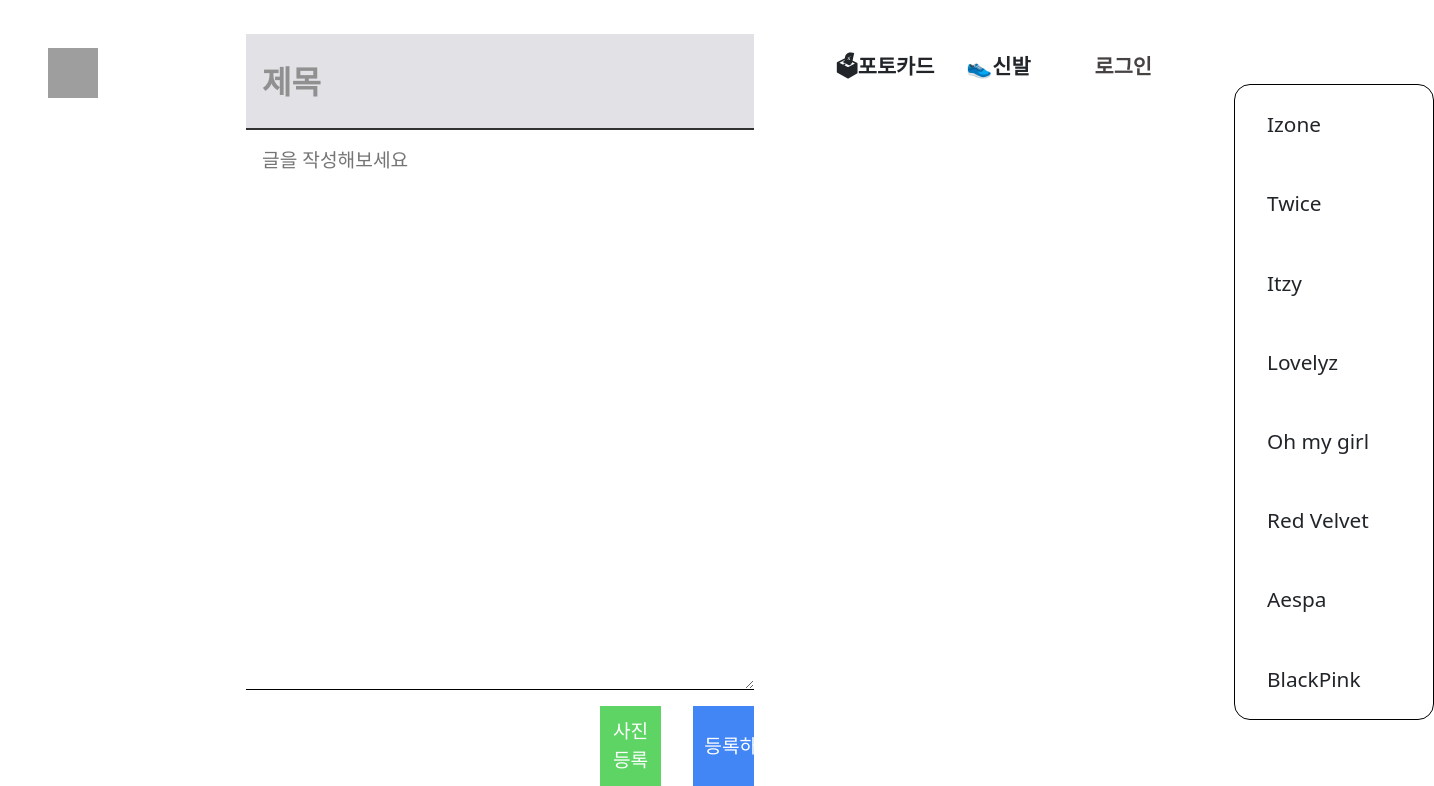
Repository: hwangstar156/goods-trader
Page: /write
An editor plug-in stored every save of this project. The page is shown before and after the next save, followed by the edit.
The browser window is 1280 px wide. The page is 1434 px wide, then 1378 px, then 1434 px, so the pictures cover 1434 px, including what lies to the right of the window. The pictures show the whole page.
Pictures or frames that could not be fetched are drawn as grey boxes. Some web libraries are served in a nearby version. The project was rebuilt for these pictures with package versions that can differ from the ones it lists, and the page was loaded fresh each time. Also part of the build but not shown: src/App.css, src/component/sign-up/sign-up.component.jsx, src/component/sign-in/sign-in.styles.scss, src/component/sign-in/sign-in.component.jsx, src/component/with-spinner/withSpinner.styles.scss, src/component/with-spinner/withSpinner.component.jsx, src/pages/userprofile/userprofile.styles.scss, src/pages/userprofile/userprofile.utils.js and 8 more.

Above is the page before, as saved 2021-09-05 17:05:22.

### public/index.html
<!DOCTYPE html>
<html lang="en">
  <head>
    <meta charset="utf-8" />
    <link rel="icon" href="%PUBLIC_URL%/favicon.ico" />
    <meta name="viewport" content="width=device-width, initial-scale=1" />
    <meta name="theme-color" content="#000000" />
    <meta
      name="description"
      content="Web site created using create-react-app"
    />
    <link rel="apple-touch-icon" href="%PUBLIC_URL%/logo192.png" />

    <link rel="manifest" href="%PUBLIC_URL%/manifest.json" />
    <script src="https://kit.fontawesome.com/08c91e1c0e.js" crossorigin="anonymous"></script>
    <title>Goods trader</title>
  </head>
  <body>
    <div id="root"></div>
  </body>
</html>

### src/index.js
import React from "react";
import ReactDOM from "react-dom";
import "./index.css";
import App from "./App";
import reportWebVitals from "./reportWebVitals";
import { BrowserRouter } from "react-router-dom";
import { PersistGate } from "redux-persist/integration/react";
import { store, persistor } from "./redux/store";
import { Provider } from "react-redux";
import "bootstrap/dist/css/bootstrap.min.css";
ReactDOM.render(
  <Provider store={store}>
    <BrowserRouter>
      <PersistGate persistor={persistor}>
        <App />
      </PersistGate>
    </BrowserRouter>
  </Provider>,

  document.getElementById("root")
);

// If you want to start measuring performance in your app, pass a function
// to log results (for example: reportWebVitals(console.log))
// or send to an analytics endpoint. Learn more: https://bit.ly/CRA-vitals
reportWebVitals();

### src/App.js
import "./App.css";
import { Switch, Route, Redirect } from "react-router-dom";
import SignUpPage from "./component/sign-up/sign-up.component";
import SignInPage from "./component/sign-in/sign-in.component";
import UserProfileContainer from "./pages/userprofile/userprofile.container";
import React, { useEffect } from "react";
import Header from "./component/header/header.component";
import HomePage from "./pages/homepage.component";
import { useDispatch, useSelector } from "react-redux";
import { selectCurrentUser } from "./redux/user/user.selector";
import { checkUserSession } from "./redux/user/user.action";
import WritePage from "./pages/write/write.pages";
const App = () => {
  const currentUser = useSelector(selectCurrentUser);
  const dispatch = useDispatch();

  useEffect(() => {
    dispatch(checkUserSession());
  }, [dispatch]);
  return (
    <>
      <Header />
      <Switch>
        <Route exact path="/" render={() => <HomePage />} />
        <Route exact path="/signup" component={SignUpPage} />
        <Route
          exact
          path="/signin"
          render={() => (currentUser ? <Redirect to="/" /> : <SignInPage />)}
        />
        <Route exact path="/profile" component={UserProfileContainer}></Route>
        <Route exact path="/write" component={WritePage}></Route>
      </Switch>
    </>
  );
};

export default App;

### src/redux/store.js
import { createStore, applyMiddleware } from "redux";
import logger from "redux-logger";
import { persistStore } from "redux-persist";
import rootReducer from "./root-redux";
import { composeWithDevTools } from "redux-devtools-extension";
import createSagaMiddleware from "redux-saga";
import rootSaga from "./root-saga";

const sagaMiddleware = createSagaMiddleware();
const middlewares = [logger, sagaMiddleware];

const store = createStore(
  rootReducer,
  composeWithDevTools(applyMiddleware(...middlewares))
);
sagaMiddleware.run(rootSaga);
const persistor = persistStore(store);

export { store, persistor };

### src/pages/userprofile/userprofile.container.jsx
import WithSpinner from "../../component/with-spinner/withSpinner.component";
import UserProfilePage from "./userprofile.pages";
import { compose } from "redux";
import { connect } from "react-redux";
import { createStructuredSelector } from "reselect";
import { selectUserFetching } from "../../redux/user/user.selector";

const mapStateToProps = createStructuredSelector({
  isLoading: selectUserFetching,
});

const UserProfileContainer = compose(
  connect(mapStateToProps),
  WithSpinner
)(UserProfilePage);

export default UserProfileContainer;

### src/component/header/header.component.jsx
import React from "react";
import ProfileIcon from "../userprofile/profileicon.component";
import { Link, useHistory } from "react-router-dom";
import "./header.styles.scss";
import { useSelector } from "react-redux";
import {
  selectCurrentUser,
  selectUserLoggedIn,
} from "../../redux/user/user.selector";

const Header = () => {
  const currentUser = useSelector(selectCurrentUser);
  const isLoggedIn = useSelector(selectUserLoggedIn);
  const history = useHistory();
  const handleLogoClick = () => {
    history.push("/");
  };

  return (
    <>
      <div className="header-container">
        <div className="logo" onClick={handleLogoClick}>
          <img
            src="https://www.freepnglogos.com/uploads/logo-website-png/logo-website-file-globe-icon-svg-wikimedia-commons-21.png"
            alt=""
            className="logo-img"
          />
        </div>
        <div className="header-element">
          {isLoggedIn ? (
            <Link className="header-write" to="/write">
              📝글쓰기
            </Link>
          ) : null}

          <div className="header-photocard">🗳포토카드</div>
          <div className="header-sneakers">👟신발</div>
          {currentUser ? (
            <ProfileIcon />
          ) : (
            <Link to="/signin" className="sign-in-btn">
              로그인
            </Link>
          )}
        </div>
      </div>
    </>
  );
};

export default Header;

### src/redux/user/user.selector.js
import { createSelector } from "reselect";

const selectUser = (state) => state.user;

export const selectCurrentUser = createSelector(
  [selectUser],
  (user) => user.currentUser
);

export const selectUserError = createSelector(
  [selectUser],
  (user) => user.error
);

export const selectUserFetching = createSelector(
  [selectUser],
  (user) => user.isFetching
);

export const selectUserLoggedIn = createSelector(
  [selectUser],
  (user) => user.isLoggedIn
);

### src/pages/write/write.pages.jsx
import React from "react";
import { useState } from "react";
import { useSelector } from "react-redux";
import { firestore, storageRef } from "../../firebase/firebase.utils";
import { selectCurrentUser } from "../../redux/user/user.selector";
import { v4 as uuidv4 } from "uuid";
import { useRef } from "react";
import MenuAside from "../../component/menu-aside/menu-aside.component";
import "github-markdown-css";
import "./write.styles.scss";
const WritePage = () => {
  const imgRef = useRef(null);
  const currentUser = useSelector(selectCurrentUser);
  const [text, setText] = useState({
    headText: "",
    mainText: "",
  });
  const [file, setFile] = useState("");
  const { headText, mainText } = text;

  const onSubmit = async (e) => {
    e.preventDefault();
    let fileUrl = "";
    const fileRef = storageRef.child(`${currentUser.id}/${uuidv4()}`);
    const responce = await fileRef.put(file);
    console.log(responce);
    responce.ref.getDownloadURL().then((url) => {
      fileUrl = url;
      imgRef.current.src = url;
    });

    const writing = {
      headText,
      mainText,
      createAt: Date.now(),
      fileUrl,
    };
    firestore.collection("writings").add(writing);
    setFile("");
    setText({
      ...text,
      headText: "",
      mainText: "",
    });
  };

  const onChangeTextInput = (e) => {
    const name = e.target.name;
    setText({
      ...text,
      [name]: e.target.value,
    });
  };

  const onChangeFiles = (e) => {
    const theFile = e.target.files[0];
    if (!theFile) {
      return;
    }
    if (!theFile.type.match(/image.*/)) {
      return;
    }
    setFile(theFile);
  };

  return (
    <div className="write-container">
      <form onSubmit={onSubmit} className="inputs-form">
        <input
          type="text"
          name="headText"
          className="head-input"
          value={headText}
          placeholder="제목"
          onChange={onChangeTextInput}
        />
        <textarea
          type="text"
          placeholder="글을 작성해보세요"
          className="main-input"
          name="mainText"
          value={mainText}
          onChange={onChangeTextInput}
        />
        <input
          type="file"
          accept="image/*"
          onChange={onChangeFiles}
          className="file-input"
        />
        <footer className="footer-element">
          <button type="button" className="file-btn">
            사진 등록
          </button>
          <input type="submit" className="submit-btn" value="등록하기" />
        </footer>
      </form>
      <MenuAside className="menu-aside" />
      <div className="image-preview">
        <img src="" alt="" ref={imgRef} />
      </div>
    </div>
  );
};

export default WritePage;

### src/redux/root-redux.js
import { combineReducers } from "redux";
import { persistReducer } from "redux-persist";
import storage from "redux-persist/lib/storage";
import idolReducer from "./idol/idol.reducer";
import userReducer from "./user/user.reducer";
const persistConfig = {
  key: "root",
  storage,
  whitelist: ["cart"],
};

const rootReducer = combineReducers({
  user: userReducer,
  idol: idolReducer,
});

export default persistReducer(persistConfig, rootReducer);

### src/redux/root-saga.js
import { all, call } from "redux-saga/effects";
import { userSagas } from "./user/user.saga";
export default function* rootSaga() {
  yield all([call(userSagas)]);
}

### src/component/sign-up/sign-up.styles.scss
@import url("https://fonts.googleapis.com/css2?family=Poppins&display=swap");
@import url("https://fonts.googleapis.com/css2?family=Jua&display=swap");

* {
  box-sizing: content-box;
  margin: 0;
}
.sign-up-page {
  width: 100%;
  height: 100vh;
  font-family: "Jua", sans-serif;
  & .form-input {
    display: flex;
    flex-direction: column;
    width: 35%;
    justify-content: center;
    margin: 0 auto;
    margin-top: 4rem;
    background-color: skyblue;
    padding: 3rem;
    border-radius: 1rem;

    & h3 {
      font-size: 2rem;
      text-align: center;
      color: black;
    }

    & .sign-up-input {
      margin-top: 2rem;
      height: 3rem;
      background-color: lightgray;
      border: 1px solid black;
      border-radius: 0.5rem;
      font-size: 1rem;
      letter-spacing: 0.1rem;
      padding-left: 1rem;
      &::placeholder {
        letter-spacing: normal;
        font-size: 80%;
        opacity: 1;
      }
    }
  }

  & .sign-up-title {
    display: flex;
    font-style: italic;
    padding-top: 3rem;
    font-size: 3em;

    color: tomato;
    justify-content: center;

    & strong {
      color: blue;
    }
  }

  & .submit-btn {
    width: 20%;
    margin: 4rem auto 0 auto;
    padding: 1rem;
    border-radius: 1.5rem;
    border: transparent;
    background-color: #4285f4;
    color: white;
    font-size: 1rem;

    &:hover {
      cursor: pointer;
      background-color: #357ae8;
    }
  }
}

### src/component/header/header.styles.scss
@import url("https://fonts.googleapis.com/css2?family=Jua&display=swap");

.header-container {
  display: flex;
  position: relative;
  left: 3rem;
  top: 3rem;
  & .logo-img {
    width: 50px;
    height: 50px;
    cursor: pointer;
  }

  & .header-element {
    display: flex;
    position: absolute;
    right: 11rem;
    font-size: 1.3rem;
    line-height: 40px;
    font-weight: 600;
    font-family: "Jua", sans-serif;

    & .header-write {
      text-decoration: none;
      color: rgb(71, 66, 66);
    }

    & .sign-in-btn {
      text-decoration: none;
      color: rgb(71, 66, 66);
    }
    & .header-write {
      margin-right: 2rem;
    }

    & .header-photocard {
      margin-right: 2rem;
    }

    & .header-sneakers {
      margin-right: 4rem;
    }
  }
}

### src/redux/user/user.types.js
export const UserActionTypes = {
  GOOGLE_SIGN_IN_START: "GOOGLE_SIGN_IN_START",
  EMAIL_SIGN_IN_START: "EMAIL_SIGN_IN_START",
  SIGN_IN_SUCCESS: "SIGN_IN_SUCCESS",
  SIGN_IN_FAILURE: "SIGN_IN_FAILURE",
  CHECK_USER_SESSION: "CHECK_USER_SESSION",
  SIGN_OUT_START: "SIGN_OUT_START",
  SIGN_OUT_SUCCESS: "SIGN_OUT_SUCCESS",
  SIGN_OUT_FAILURE: "SIGN_OUT_FAILURE",
  SIGN_UP_START: "SIGN_UP_START",
  SIGN_UP_SUCCESS: "SIGN_UP_SUCCESS",
  SIGN_UP_FAILURE: "SIGN_UP_FAILURE",
  CHANGE_USER_IMAGE: "CHANGE_USER_IMAGE",
  REFRESH_USER_START: "REFRESH_USER_START",
  REFRESH_USER_SUCCESS: "REFRESH_USER_REFRESH_USER_SUCCESS",
  REFRESH_USER_FAILURE: "REFRESH_USER_FAILURE",
};

### src/component/menu-aside/menu-aside.component.jsx
import React from "react";
import "./menu-aside.styles.scss";
const MenuAside = () => {
  return (
    <aside>
      <ul className="menu-aside">
        <li>Izone</li>
        <li>Twice</li>
        <li>Itzy</li>
        <li>Lovelyz</li>
        <li>Oh my girl</li>
        <li>Red Velvet</li>
        <li>Aespa</li>
        <li>BlackPink</li>
      </ul>
    </aside>
  );
};

export default MenuAside;

### src/pages/write/write.styles.scss
.write-container {
  height: 100vh;
  display: flex;
  justify-content: center;
  align-items: center;



  & .inputs-form {
    display: flex;
    flex-direction: column;
    margin-left: 25rem;
    margin-right: 25rem;
    width: 900px;
    & .head-input {
      height: 6rem;
      border: none;
      border-bottom: 2px solid black;
      background-color: rgb(218, 218, 224);
      opacity: 0.8;
      padding-left: 1rem;
      font-weight: 600;
      font-size: 2rem;
      &:focus {
        outline: none;
      }
    }

    & .main-input {
      border: none;
      border-bottom: 1px solid black;
      height: 35rem;
      padding: 1rem 0 0 1rem;
      font-size: 1.2rem;
      &:focus {
        outline: none;
      }
    }

     & .file-input{
         display: none;
     }
    & .footer-element{
        display: flex;
        & .file-btn{
            width: 12%;
            padding: 0.7rem;
            margin-left: auto;
            margin-top: 1rem;
            margin-right: 2rem;
            color: white;
            border: none;
            font-size: 1.2rem;
            background-color: #5ed464;
            &:hover{
                background-color: #45be4b;
            }
        }
        & .submit-btn{
            width: 12%;
            padding: 0.7rem;
            margin-top: 1rem;
            color: white;
            border: none;
            font-size: 1.2rem;
            background-color: #4285f4;
            &:hover{
                background-color: #357ae8;
            }
        }
    }
  }
}

### src/redux/idol/idol.reducer.js
import idolData from "./idol.data";
import IdolTypeActions from "./idol.type";
const idolReducer = (state = idolData, action) => {
  switch (action.type) {
    case IdolTypeActions.CHANGE_IMAGE_SIZE:
      return {
        ...state,
        imageUrl: action.payload,
      };
    default:
      return state;
  }
};

export default idolReducer;

### src/redux/user/user.reducer.js
import { UserActionTypes } from "./user.types";

const INITIAL_STATE = {
  currentUser: null,
  error: null,
  isFetching: true,
  isLoggedIn: false,
};

const userReducer = (state = INITIAL_STATE, action) => {
  switch (action.type) {
    case UserActionTypes.REFRESH_USER_START:
    case UserActionTypes.CHECK_USER_SESSION:
      return {
        ...state,
        isFetching: true,
      };
    case UserActionTypes.REFRESH_USER_SUCCESS:
    case UserActionTypes.SIGN_IN_SUCCESS:
      return {
        ...state,
        currentUser: action.payload,
        error: null,
        isFetching: false,
        isLoggedIn: true,
      };
    case UserActionTypes.SIGN_OUT_SUCCESS:
      return {
        ...state,
        currentUser: null,
        error: null,
        isLoggedIn: false,
      };
    case UserActionTypes.REFRESH_USER_FAILURE:
    case UserActionTypes.SIGN_IN_FAILURE:
    case UserActionTypes.SIGN_OUT_FAILURE:
    case UserActionTypes.SIGN_UP_FAILURE:
      return {
        ...state,
        error: action.payload,
      };
    default:
      return state;
  }
};

export default userReducer;

### src/component/menu-aside/menu-aside.styles.scss
.menu-aside {
    list-style: none;
    min-width: 200px;
    margin-left: 5rem;
    border-radius: 1rem;
    border: 1px solid black;
    padding-left: 0;

    & li {
        margin-left: 0;
      padding: 1.5rem 0 1.5rem 2rem;
      font-size: 1.3rem;
      border-radius: 1rem;
      &:hover{
          background-color: rgb(169, 169, 255);
          color: white;
        cursor:pointer;
      }
    }
  }

### src/redux/idol/idol.type.js
const IdolTypeActions = {
  CHANGE_IMAGE_SIZE: "CHANGE_IMAGE_SIZE",
};

export default IdolTypeActions;

### src/menu-item/menu-item.styles.scss
* {
  box-sizing: content-box;
  margin: 0;
}

.menu-item {
  overflow: hidden;
  min-width: 30%;
  &:hover {
    cursor: pointer;

    & .background-image {
      transform: scale(1.04);
      transition: transform 2s cubic-bezier(0.25, 0.45, 0.45, 0.95);

      & .content {
        opacity: 0.9;
      }
    }
  }
  & .background-image {
    position: relative;
    height: 700px;

    background-size: cover;
    background-repeat: no-repeat;
    background-position: center;

    & .content {
      position: absolute;
      width: 7.5rem;
      height: 7.5rem;
      display: flex;
      flex-direction: column;
      align-items: center;
      justify-content: center;
      border: 1px solid black;
      top: 50%;
      left: 50%;
      background-color: white;
      opacity: 0.7;
      transform: translate(-50%, -50%);
      border-radius: 0.5rem;
      & .title {
        font-weight: bold;
        margin: 0 3px 0;
        font-size: 20px;
        color: #4a4a4a;
        font-family: sans-serif;
      }
    }
  }
}

Loaded but not shown: src/index.css (common file); src/reportWebVitals.js (common file); src/redux/user/user.saga.js (119 lines, source omitted); src/firebase/firebase.utils.js (87 lines, source omitted); src/redux/user/user.action.js (66 lines, source omitted); src/redux/idol/idol.data.js (58 lines, source omitted)

After the next save:
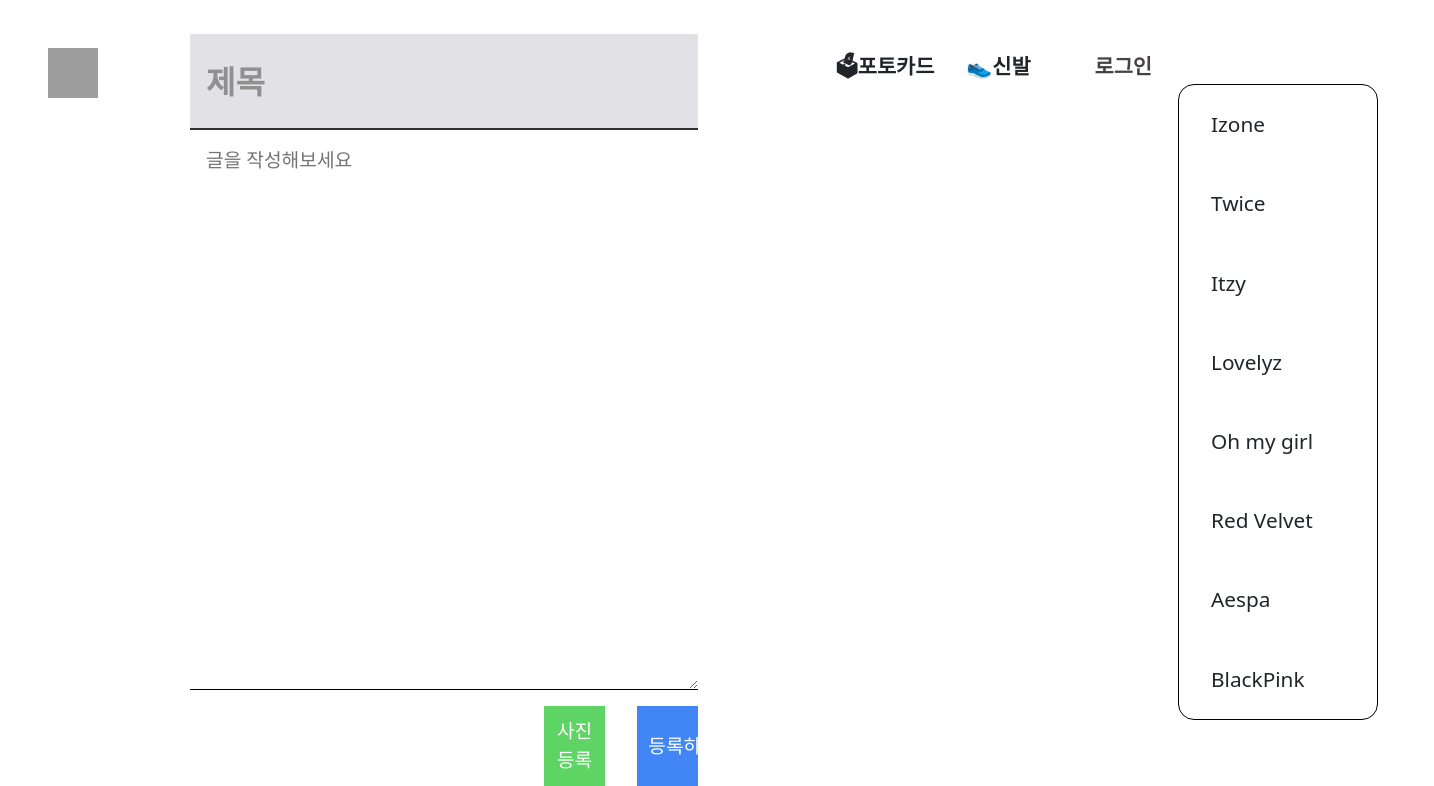
Saved 6 s later.
--- a/src/pages/write/write.styles.scss
+++ b/src/pages/write/write.styles.scss
@@ -9,7 +9,7 @@
   & .inputs-form {
     display: flex;
     flex-direction: column;
-    margin-left: 25rem;
+    margin-left: 18rem;
     margin-right: 25rem;
     width: 900px;
     & .head-input {

After the save that followed:
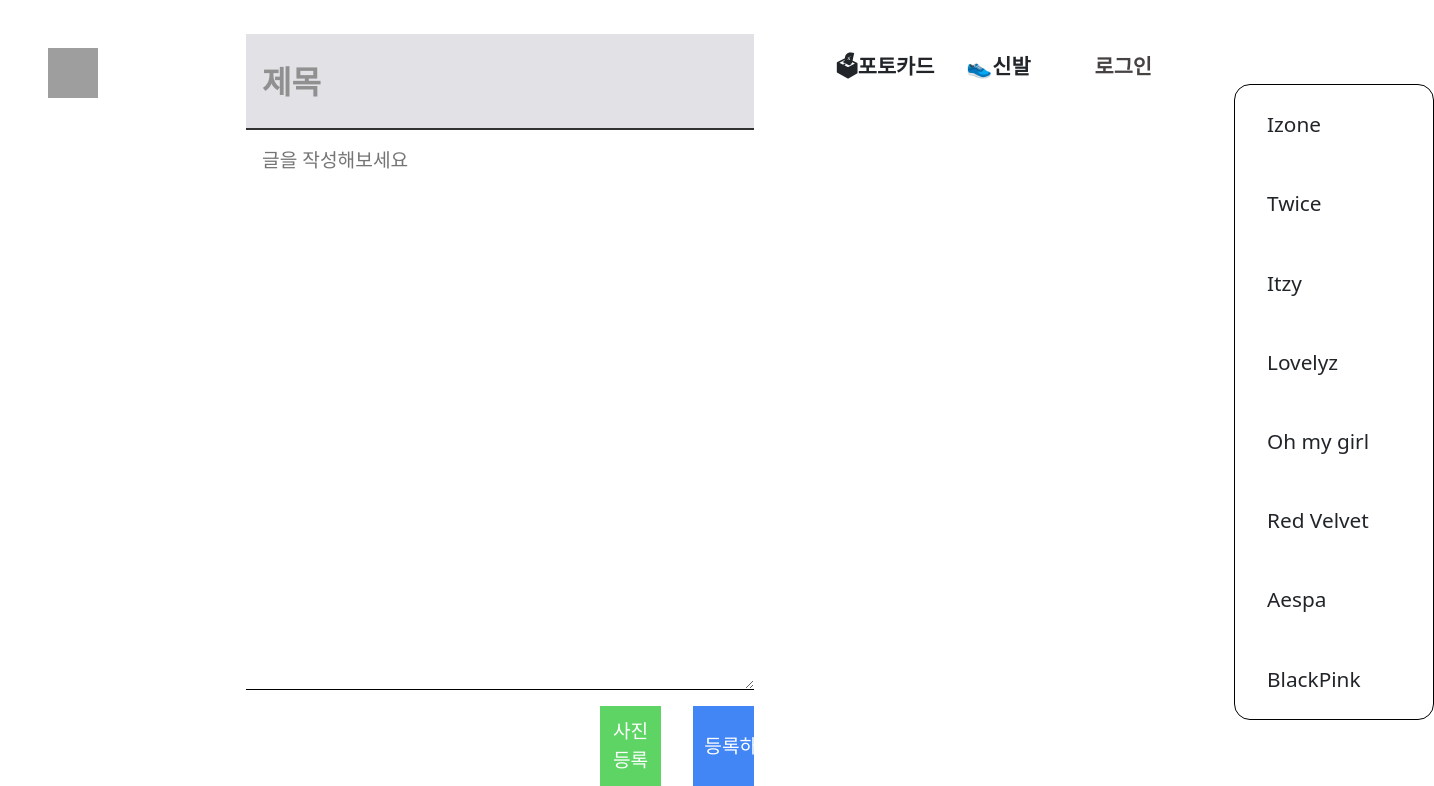
Saved 5 s later.
--- a/src/pages/write/write.styles.scss
+++ b/src/pages/write/write.styles.scss
@@ -9,7 +9,7 @@
   & .inputs-form {
     display: flex;
     flex-direction: column;
-    margin-left: 18rem;
+    margin-left: 25rem;
     margin-right: 25rem;
     width: 900px;
     & .head-input {
